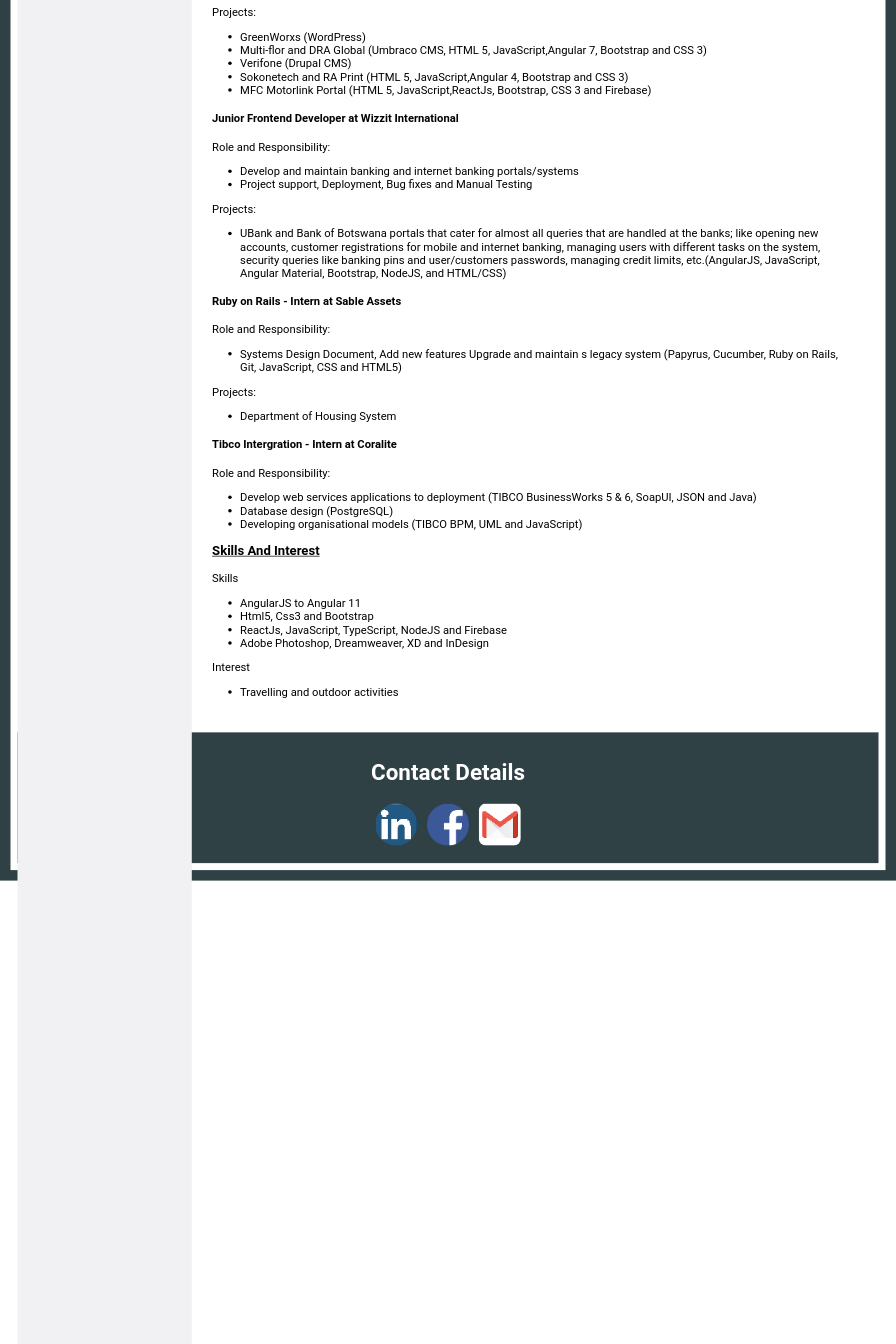
Repository: Patricious/Digital-Resume-01
Page: index.html
These files come from the project's save history. The page is drawn as it stood at one moment and after the next save; the edit follows.
The browser window is 1280 px wide. The pictures show the part of the page from y = 1030 to 2950 px (the page is 2950 px tall before and 2288 px after), at 70% of full size.

Above is the page before, as saved 2021-08-23 11:52:25.

### index.html
<!DOCTYPE html>
<html>

<head>
    <title>Patricia Digital Resume</title>
    <meta charset="utf-8">
    <meta name="viewport" content="width=device-width, initial-scale=1">
    <link rel="stylesheet" type="text/css" href="css/stylesheet.css">
</head>

<body scroll="yes">

    <header>
        <img src="img/IMG_20200502_085519.jpg" alt="profile" width="200" height="200" class="profile" />
        <h1>Patricia Mutshidza Mulaudzi</h1>
        <p>I am a passionate Software Developer who has developed websites, system portals, and email marketing templates for diverse clients. I have experience in various programming languages and I'm keen on implementing them into systems that could make
            life simpler and easier for different generations of users. I enjoy problem-solving and eagerly embrace new challenges as I learn new things. I also really enjoy working in teams and the collaboration and knowledge sharing it brings. I am
            eager for projects that can grow and further improve my development skills. I am as confident in managing my individual tasks as I am a team player. This makes me flexible when collaborating in different teams.</p>
    </header>
    <div class="container">
        <section>
            <aside>
                <h2>Menu</h2>
                <ul class="nav">
                    <li>
                        <a href="#education">Education</a>
                    </li>
                    <li>
                        <a href="#experience">Experience</a>
                    </li>
                    <li>
                        <a href="#skills">Skills</a>
                    </li>

                </ul>
            </aside>

            <article>
                <h3 id="education"> <span>Education</span>
                </h3>
                <p> Am currently up-skilling studying online Back-end course at
                    <a href="https://www.codespace.co.za/courses/?matchtype=b&device=c&keyword=codespace&adgroupid=81088003381&utm_campaign=8148639553&utm_source=google&utm_medium=cpc&gclid=EAIaIQobChMIkP_7q8bG8gIV1uvtCh0w7A1-EAAYASAAEgL34vD_BwE"> CodeSpace</a>
                </p>

                <h4>Diploma in Information Technology </h4>

                <p>PC Training & Business College, Jan 2010 - Dec 2011</p>
                <h4>Technical Support Certificate </h4>


                <p>PC Training & Business College, Jan 2008 - Dec 2009</p>

                <h4>National Senior Certificate</h4>


                <p>Nngweni High, Jan 2007 - Dec 2007</p>


                <h3 id="experience"> Working Experience</h3>
                <h4>Frontend Developer & Digital Designer at MCD Magic Factory
                </h4>
                <p>Role and Responsibility:</p>
                <ul>
                    <li>Layout email marketing template,develop and sending</li>
                    <li> Deploy web applications on FileZilla</li>
                    <li>Design and develop web applications</li>
                    <li>Reporting and sorting databases</li>
                </ul>
                <p>Projects:</p>
                <ul>
                    <li>GreenWorxs (WordPress)</li>
                    <li>Multi-flor and DRA Global (Umbraco CMS, HTML 5, JavaScript,Angular 7, Bootstrap and CSS 3)</li>
                    <li>Verifone (Drupal CMS)</li>
                    <li>Sokonetech and RA Print (HTML 5, JavaScript,Angular 4, Bootstrap and CSS 3)</li>
                    <li>MFC Motorlink Portal (HTML 5, JavaScript,ReactJs, Bootstrap, CSS 3 and Firebase)</li>
                </ul>

                <h4>Junior Frontend Developer at Wizzit International
                </h4>
                <p>Role and Responsibility:</p>
                <ul>
                    <li>Develop and maintain banking and internet banking portals/systems</li>
                    <li>Project support, Deployment, Bug fixes and Manual Testing</li>

                </ul>
                <p>Projects:</p>
                <ul>
                    <li>UBank and Bank of Botswana portals that cater for almost all queries that are handled at the banks; like opening new accounts, customer registrations for mobile and internet banking, managing users with different tasks on the system,
                        security queries like banking pins and user/customers passwords, managing credit limits, etc.(AngularJS, JavaScript, Angular Material, Bootstrap, NodeJS, and HTML/CSS)</li>
                </ul>

                <h4>Ruby on Rails - Intern at Sable Assets
                </h4>
                <p>Role and Responsibility:</p>
                <ul>
                    <li>Systems Design Document, Add new features Upgrade and maintain s legacy system (Papyrus, Cucumber, Ruby on Rails, Git, JavaScript, CSS and HTML5)</li>

                </ul>
                <p>Projects:</p>
                <ul>
                    <li>Department of Housing System</li>
                </ul>

                <h4>Tibco Intergration - Intern at Coralite
                </h4>
                <p>Role and Responsibility:</p>
                <ul>
                    <li>Develop web services applications to deployment (TIBCO BusinessWorks 5 & 6, SoapUI, JSON and Java)
                    </li>
                    <li>Database design (PostgreSQL)</li>
                    <li>Developing organisational models (TIBCO BPM, UML and JavaScript)</li>
                </ul>


                <h3 id="skills">Skills And Interest</h3>
                <p>Skills</p>
                <ul>
                    <li>AngularJS to Angular 11</li>
                    <li>Html5, Css3 and Bootstrap</li>
                    <li>ReactJs, JavaScript, TypeScript, NodeJS and Firebase</li>
                    <li>Adobe Photoshop, Dreamweaver, XD and InDesign</li>
                </ul>
                <p>Interest </p>
                <ul>
                    <li>Travelling and outdoor activities</li>
                </ul>
            </article>
        </section>
    </div>

    <footer>
        <h1>Contact Details</h1>
        <a href="https://www.linkedin.com/in/patricia-mulaudzi-93b526101/" target="_blank"><img src="img/in.png" alt="LinkedIN" class="circle"></a>
        <a href="https://www.facebook.com/patricia.mulaudzi.1/" target="_blank"><img src="img/fb.png" alt="Facebook" class="circle"></a>
        <a href="mailto:mulaudzi689@gmail.com"><img src="img/gm.png" alt="Gmail" class="rounded"></a>
    </footer>
</body>

</html>

### css/stylesheet.css
     html {
         border: 15px solid #304145;
     }

     body {
         font-family: 'Roboto', sans-serif;
         font-size: 100%;
         background-color: #ffffff;
         margin: 10px;
         overflow-y: scroll;
     }

     .container {
         position: relative;
         height: 100%;
         background-color: #ffffff;
     }

     header {
         text-align: center;
         background-color: #304145;
         color: #ffffff;
         padding: 1em;
     }

     aside {
         background-color: #F1F1F3;
         color: #304145;
         width: 15%;
         padding: 2em;
         height: 150%;
         float: left;
         position: absolute;
         flex: 0 0 auto;
     }

     h3 {
         text-decoration: underline;
     }

     article {
         padding: 2em;
         margin-left: 20%;
     }

     .profile {
         border-radius: 100px;
         border: 2px solid #F1F1F3;
     }

     .circle {
         border-radius: 100px;
         padding: 5px;
     }

     .rounded {
         border-radius: 15px;
         padding: 5px;
     }

     .nav {
         list-style-type: none;
         margin: 0;
         padding: 0;
     }

     a {
         color: #304145;
     }

     footer {
         background-color: #304145;
         text-align: center;
         color: #ffffff;
         padding: 1em;
     }

After the next save:
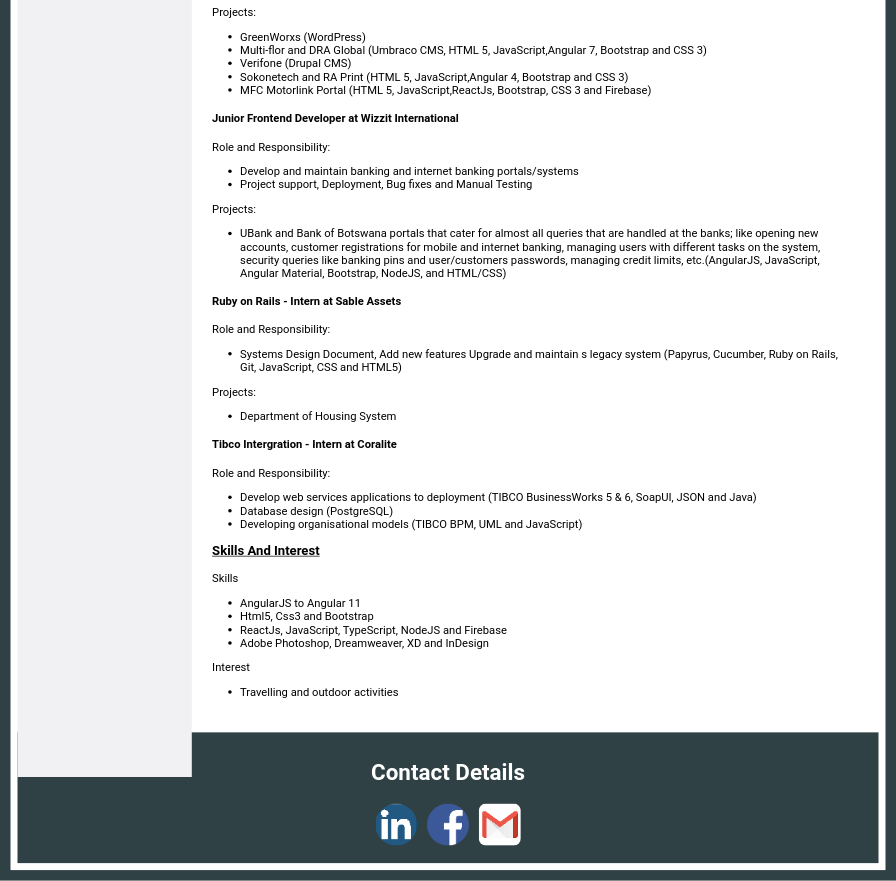
Saved 7 s later.
--- a/css/stylesheet.css
+++ b/css/stylesheet.css
@@ -28,7 +28,7 @@
          color: #304145;
          width: 15%;
          padding: 2em;
-         height: 150%;
+         height: 100%;
          float: left;
          position: absolute;
          flex: 0 0 auto;
